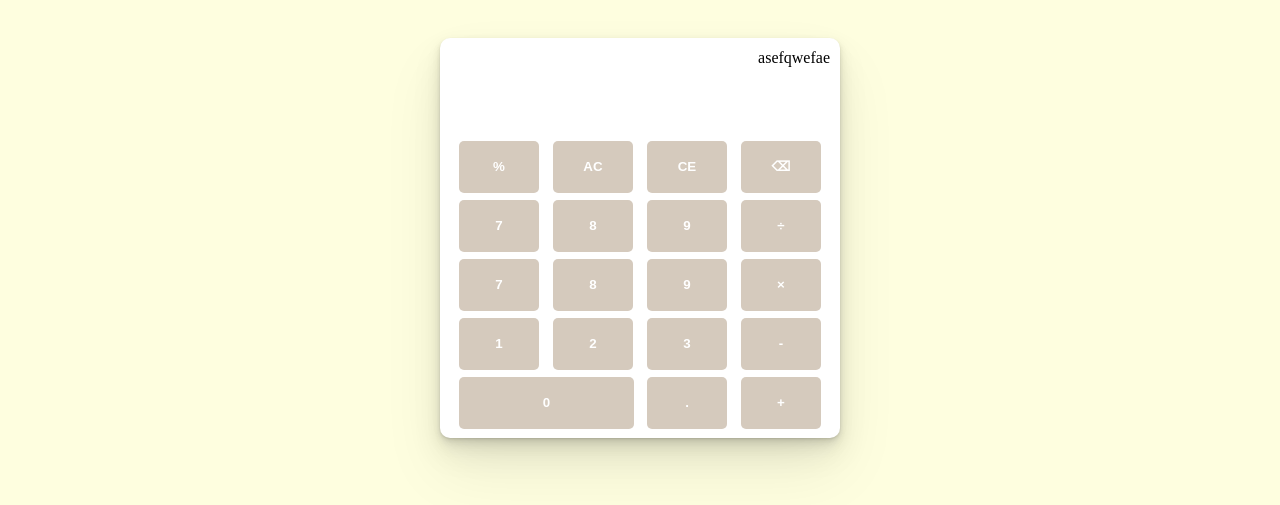
Repository: JeongminHW/Web_study
Page: HTML/myHTML/src/main/webapp/project/calculator.html
The author's editor kept a copy of each file at every save. The page is drawn from the files as they stood at one save, then again after the next save.
The browser window is 1280 px wide. The pictures show the whole page.

Above is the page before, as saved 2024-07-12 03:10:34.

### HTML/myHTML/src/main/webapp/project/calculator.html
<!DOCTYPE html>
<html>
<head>
<meta charset="UTF-8">
<title>Insert title here</title>
<link rel="stylesheet" href="style.css">
</head>
<body>
	<div class="container">
		<div class="result">
		<span>asefqwefae</span>
		</div>
		<div  class="cal">
		<table>
			<tr>
				<td class="arg"><input class="btn" type="button" id="mod" value="%"></td>
				<td class="arg"><input class="btn" type="button" id="ac" value="AC"></td>
				<td class="arg"><input class="btn" type="button" id="ce" value="CE"></td>
				<td class="arg"><input class="btn" type="button" id="back" value="⌫"></td>
			</tr>
			<tr>
				<td class="arg"><input class="btn" type="button" id="seven" value="7"></td>
				<td class="arg"><input class="btn" type="button" id="eight" value="8"></td>
				<td class="arg"><input class="btn" type="button" id="nine" value="9"></td>
				<td class="arg"><input class="btn" type="button" id="div" value="÷"></td>
			</tr>
			<tr>
				<td class="arg"><input class="btn" type="button" id="four" value="7"></td>
				<td class="arg"><input class="btn" type="button" id="five" value="8"></td>
				<td class="arg"><input class="btn" type="button" id="six" value="9"></td>
				<td class="arg"><input class="btn" type="button" id="multiply" value="×"></td>
			</tr>
			<tr>
				<td class="arg"><input class="btn" type="button" id="one" value="1"></td>
				<td class="arg"><input class="btn" type="button" id="two" value="2"></td>
				<td class="arg"><input class="btn" type="button" id="three" value="3"></td>
				<td class="arg"><input class="btn" type="button" id="sub" value="-"></td>
			</tr>
			<tr>
				<td class="arg"  colspan="2"><input class="btn" type="button" id="zero" value="0"></td>
				<td class="arg"><input class="btn" type="button" id="decimal_point" value="."></td>
				<td class="arg"><input class="btn" type="button" id="plus" value="+"></td>
			</tr>
		</table>
		</div>
	</div>
	<script type="text/javascript" src="js.js"></script>
</body>
</html>

### HTML/myHTML/src/main/webapp/project/style.css
body {
	background: #FEFEDF;
	display: flex;
	text-align: center;
	justify-content: center;
}

.container {
	width: 400px;
	height: 400px;
	background: white;
	border-radius: 10px;
	line-height: 20px;
	margin-bottom: 30px;
	margin-top: 30px;
	box-sizing: border-box;
	margin-left: 15px;
	margin-right: 15px;
	text-align: center;
	justify-content: center;
	box-shadow: 0 1px 2px rgba(0, 0, 0, 0.07), 0 2px 4px rgba(0, 0, 0, 0.07),
		0 4px 8px rgba(0, 0, 0, 0.07), 0 8px 16px rgba(0, 0, 0, 0.07), 0 16px
		32px rgba(0, 0, 0, 0.07), 0 32px 64px rgba(0, 0, 0, 0.07);
}

.result {
	width: auto;
	height: 80px;
	text-align: right;
	padding:10px;
}

.cal{
	width:400px;
	display:flex;
	text-align: center;
	justify-content: center;
}

.btn {
	display: block;
	position: relative;
	float: left;
	width: 80px;
	/* margin: 10px 20px 10px 0; */
	font-weight: 600;
	text-align: center;
	line-height: 50px;
	color: #FFF;
	background: #D5CABD; border-radius : 5px;
	border: none;
	transition: all 0.2s;
	border-radius: 5px;
	margin: 0px 5px 3px 5px;
}

#zero {
	width: 95%;
}

.btn:hover {
	box-shadow: -7px -7px 20px 0px #fff9, -4px -4px 5px 0px #fff9, 7px 7px
		20px 0px #0002, 4px 4px 5px 0px #0001;
}

Loaded but not shown: HTML/myHTML/src/main/webapp/project/js.js (common file)

After the next save:
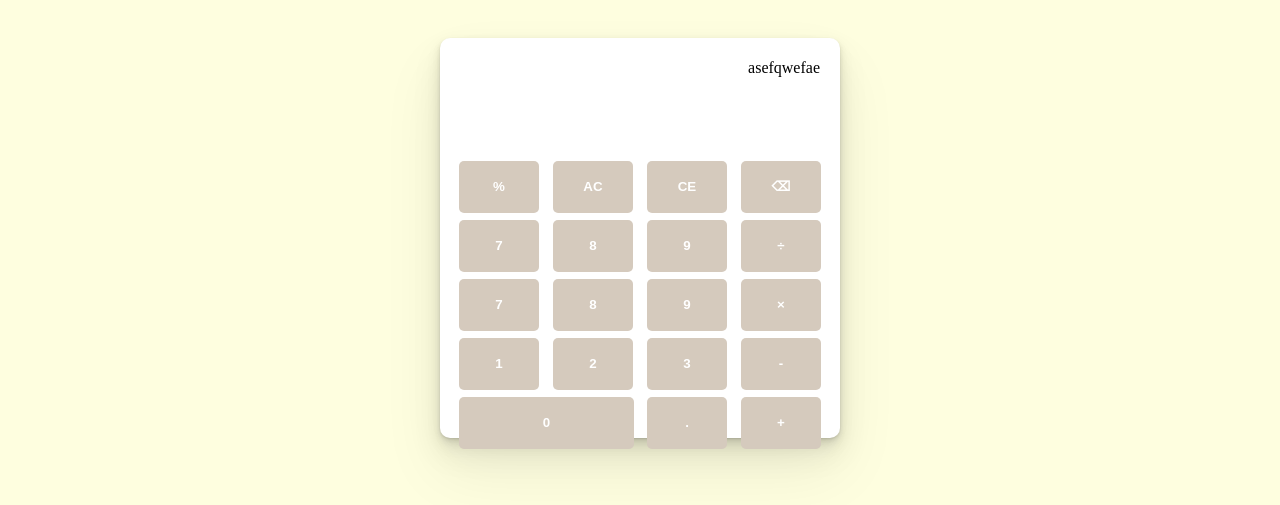
Saved 6 s later.
--- a/HTML/myHTML/src/main/webapp/project/style.css
+++ b/HTML/myHTML/src/main/webapp/project/style.css
@@ -27,7 +27,7 @@ body {
 	width: auto;
 	height: 80px;
 	text-align: right;
-	padding:10px;
+	padding:20px;
 }
 
 .cal{
